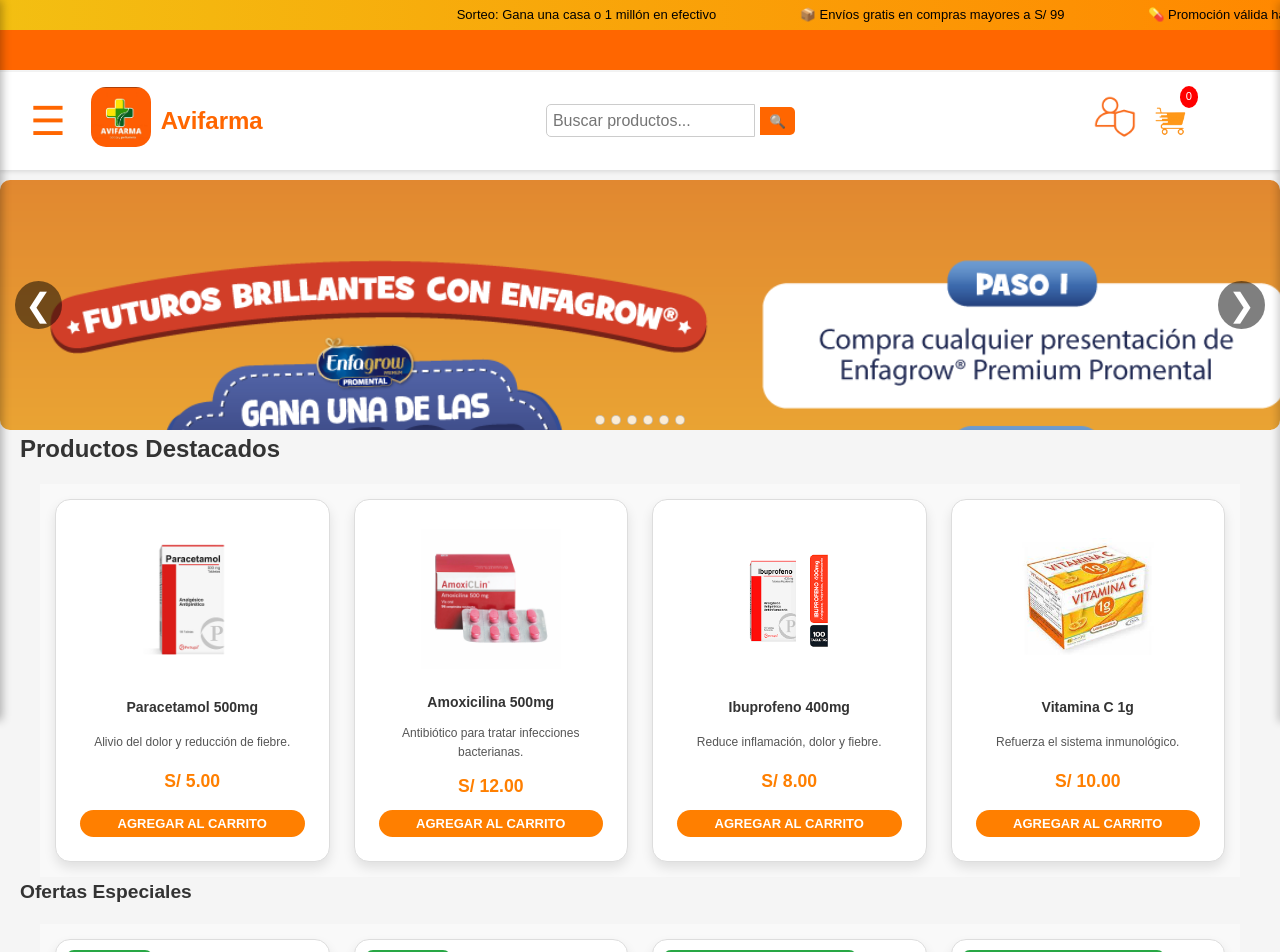
Repository: AVH75/avifarma-tienda
Page: index.html
The author's editor kept a copy of each file at every save. The page is drawn from the files as they stood at one save, then again after the next save.
The browser window is 1280 px wide. The pictures show the part of the page from y = 0 to 952 px (the page is 2790 px tall before and 2764 px after).
A picture or video elsewhere on the page could not be fetched, so the positions and the page height are approximate.

Above is the page before, as saved 2025-09-19 20:28:30.
Not found: img/carrusel-servicios/inyectables.jpg
Not found: img/carrusel-servicios/primeros-auxilios.jpg

After the next save:
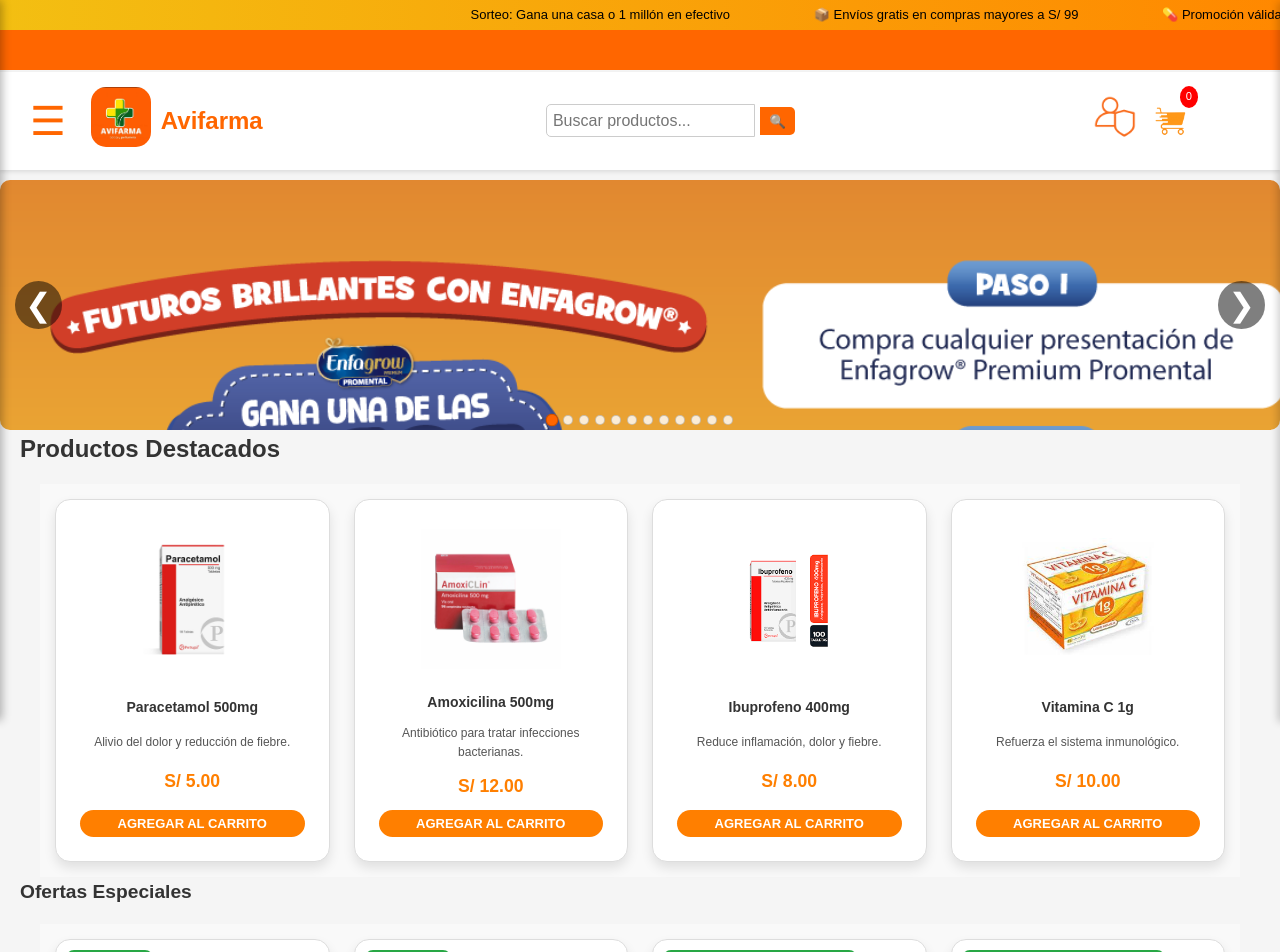
Saved 2 min 13 s later.
--- a/js/render-catalogo.js
+++ b/js/render-catalogo.js
@@ -219,9 +219,7 @@
     });
 }
 
-// ===================================================
-// Carrusel de Servicios
-// ===================================================
+// Función para actualizar el carrusel de servicios
 function mostrarCarruselServicios(servicios) {
     const contenedor = document.getElementById("servicios-carousel");
     if (!contenedor) {
@@ -252,21 +250,44 @@
 
     // Función para actualizar la posición del carrusel
     function updateCarousel() {
-        const offset = -currentIndex * (cards[0].offsetWidth + 20);  // Ajuste el espacio entre tarjetas
+        const offset = -currentIndex * (cards[0].offsetWidth + 30);  // Ajuste el espacio entre tarjetas
         contenedor.style.transform = `translateX(${offset}px)`;
+        updateDots();
     }
 
     // Funciones para mover el carrusel
-    document.getElementById('next-btn').addEventListener('click', () => {
+    document.querySelector('.next').addEventListener('click', () => {
         currentIndex = (currentIndex + 1) % totalCards;  // Deslizar a la siguiente tarjeta
         updateCarousel();
     });
 
-    document.getElementById('prev-btn').addEventListener('click', () => {
+    document.querySelector('.prev').addEventListener('click', () => {
         currentIndex = (currentIndex - 1 + totalCards) % totalCards;  // Deslizar hacia atrás
         updateCarousel();
     });
+
+    // Actualizar puntos de navegación
+    function updateDots() {
+        const dots = document.querySelectorAll('.dot');
+        dots.forEach(dot => dot.classList.remove('active'));
+        dots[currentIndex].classList.add('active');
+    }
+
+    // Opcional: Agregar puntos de navegación (si los necesitas)
+    const dotsContainer = document.getElementById("dots");
+    servicios.forEach((_, index) => {
+        const dot = document.createElement("span");
+        dot.classList.add("dot");
+        dot.addEventListener("click", () => {
+            currentIndex = index;
+            updateCarousel();
+        });
+        dotsContainer.appendChild(dot);
+    });
+
+    updateDots(); // Iniciar los puntos correctamente al cargar
 }
+
 
 // ===================================================
 // Carga del JSON y Renderizado
